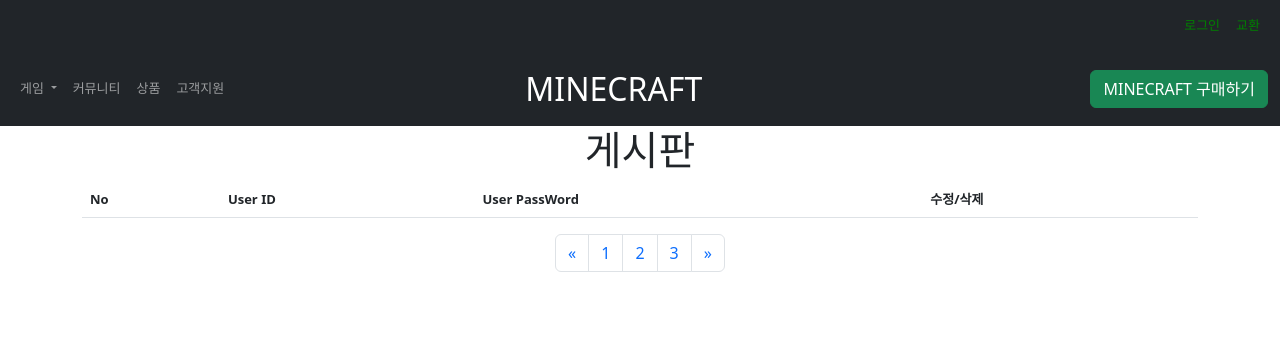
Repository: mansa129/SpringBoot
Page: http://localhost/board
The author's editor kept a copy of each file at every save. The page is drawn from the files as they stood at one save, then again after the next save.
The browser window is 1280 px wide. The pictures show the whole page.
The page is this project's Thymeleaf template; nobody is signed in. The template is opened directly, without the code that normally fills it, so the values that code supplies are empty.

Above is the page before, as saved 2022-06-19 06:37:37.

After the next save:
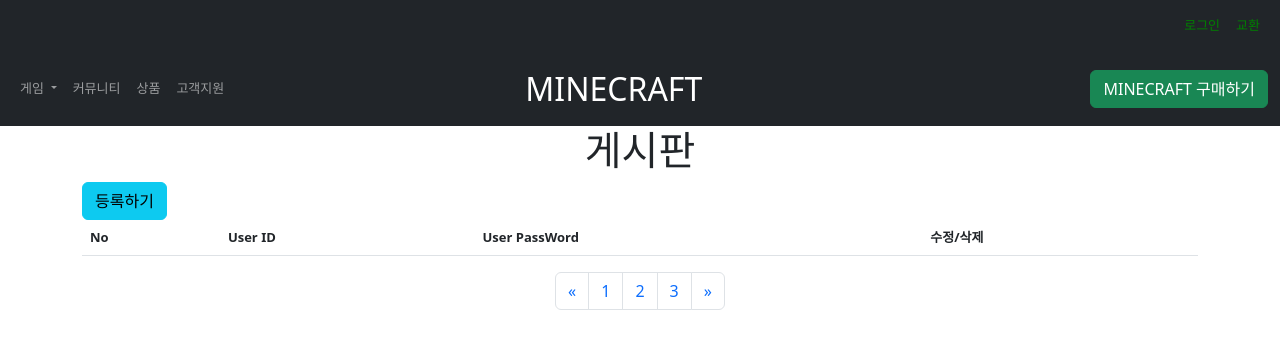
Saved 82 s later.
--- a/myweb/src/main/resources/templates/board.html
+++ b/myweb/src/main/resources/templates/board.html
@@ -61,7 +61,7 @@
 
 <div class="container">
 <h1 style="text-align:center;">게시판</h1>
-
+<button class="btn btn-info">등록하기</button>
 <table class="table">
   <thead>
     <tr>
